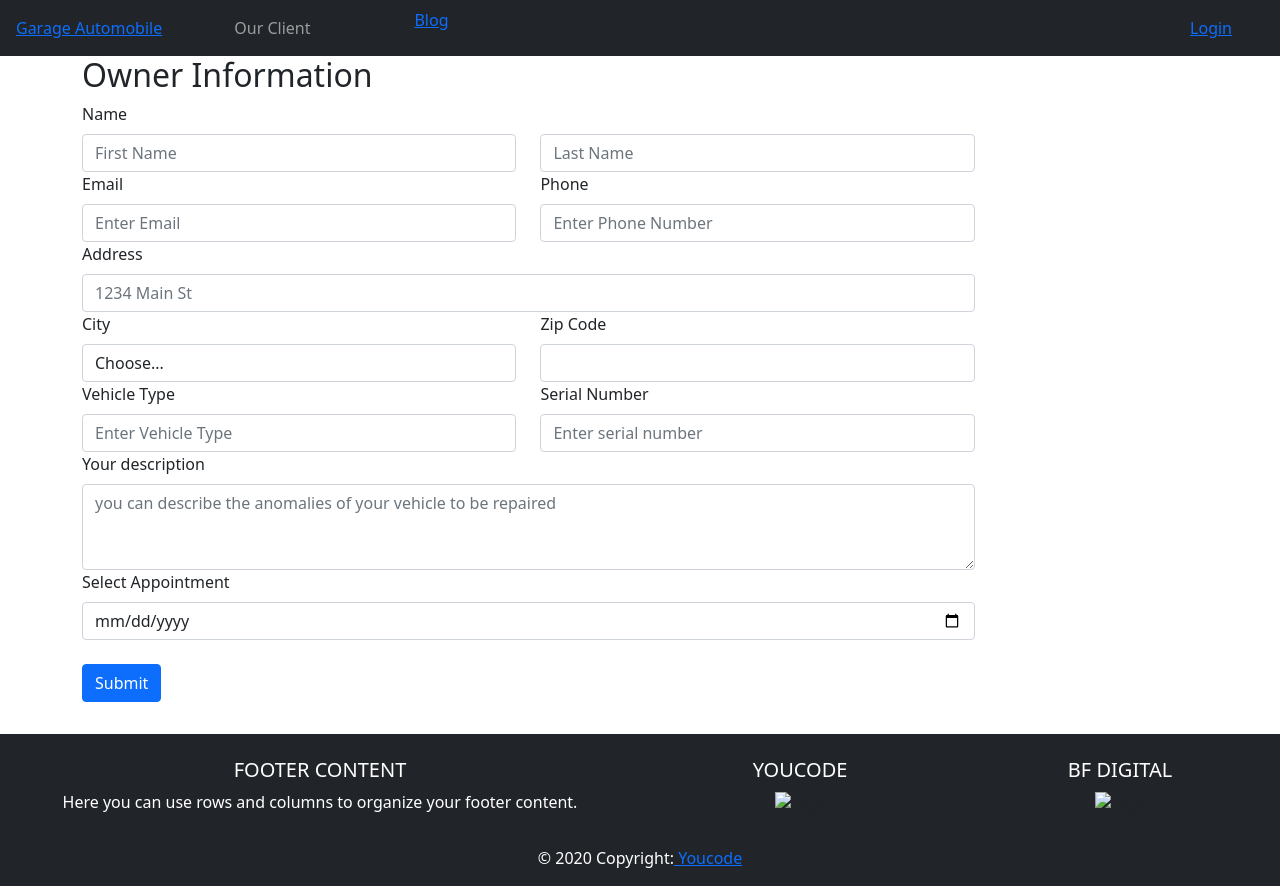
Repository: abdelhak-f/Fil-Rouge
Page: /FormGarage (app in client/)
An editor plug-in stored every save of this project. The page is shown before and after the next save, followed by the edit.
The browser window is 1280 px wide. The pictures show the whole page.
The project was rebuilt for these pictures with package versions that can differ from the ones it lists, and the page was loaded fresh each time. Also part of the build but not shown: client/src/components/Text.jsx, client/src/components/forms/FirstFrontForm.jsx, client/src/components/Body.jsx, client/src/components/Blog.jsx, client/src/components/loged/login/Login.jsx, client/src/components/loged/register/Register.jsx.

Above is the page before, as saved 2021-09-12 13:40:10.

### client/public/index.html
<!DOCTYPE html>
<html lang="en">
  <head>
    <meta charset="utf-8" />
    <link rel="icon" href="%PUBLIC_URL%/favicon.ico" />
    <meta name="viewport" content="width=device-width, initial-scale=1" />
    <meta name="theme-color" content="#000000" />
    <meta
      name="description"
      content="Web site created using create-react-app"
    />
    <!--   import bootstrao  -->
    <link
  rel="stylesheet"
  href="https://cdn.jsdelivr.net/npm/bootstrap@5.1.0/dist/css/bootstrap.min.css"
  integrity="sha384-KyZXEAg3QhqLMpG8r+8fhAXLRk2vvoC2f3B09zVXn8CA5QIVfZOJ3BCsw2P0p/We"
  crossorigin="anonymous"
  />

    <link rel="apple-touch-icon" href="%PUBLIC_URL%/logo192.png" />
    <!--
      manifest.json provides metadata used when your web app is installed on a
      user's mobile device or desktop. See https://developers.google.com/web/fundamentals/web-app-manifest/
    -->
    <link rel="manifest" href="%PUBLIC_URL%/manifest.json" />
    <!--
      Notice the use of %PUBLIC_URL% in the tags above.
      It will be replaced with the URL of the `public` folder during the build.
      Only files inside the `public` folder can be referenced from the HTML.

      Unlike "/favicon.ico" or "favicon.ico", "%PUBLIC_URL%/favicon.ico" will
      work correctly both with client-side routing and a non-root public URL.
      Learn how to configure a non-root public URL by running `npm run build`.
    -->
    <title>React App</title>
  </head>
  <body>
    <noscript>You need to enable JavaScript to run this app.</noscript>
    <div id="root"></div>
    <!--
      This HTML file is a template.
      If you open it directly in the browser, you will see an empty page.

      You can add webfonts, meta tags, or analytics to this file.
      The build step will place the bundled scripts into the <body> tag.

      To begin the development, run `npm start` or `yarn start`.
      To create a production bundle, use `npm run build` or `yarn build`.
    -->
  </body>
</html>

### client/src/index.js
import React from 'react';
import ReactDOM from 'react-dom';
import './index.css';
import App from './App';
import reportWebVitals from './reportWebVitals';

// import bootstrap
import 'bootstrap/dist/css/bootstrap.min.css';

ReactDOM.render(
  <React.StrictMode>
    <App />
  </React.StrictMode>,
  document.getElementById('root')
);

// If you want to start measuring performance in your app, pass a function
// to log results (for example: reportWebVitals(console.log))
// or send to an analytics endpoint. Learn more: https://bit.ly/CRA-vitals
reportWebVitals();

### client/src/App.js
// import './App.css';
import React from 'react';

import Navbar from './components/Nnavbar';
import Body from './components/Body';
import Footer from './components/Footer';
import Blog from './components/Blog';
import FormGarage from './components/forms/FormGarage'
import Login from './components/loged/login/Login';
import Register from './components/loged/register/Register';

import { BrowserRouter as Router, Switch, Route } from 'react-router-dom';






function App() {
  return (


    <>
<Router>

     <Navbar />




    <Switch>
    <Route  path="/" exact component={Body} />
    <Route  path="/Blog" component={Blog} />
    <Route  path="/FormGarage" component={FormGarage} />
    <Route  path="/login" component={Login} />
    <Route  path="/register" component={Register} />
    </Switch>

    <Footer/>
</Router>
    </>

  );
}

export default App;

### client/src/components/Nnavbar.jsx
import React from 'react';
import { NavLink } from 'react-router-dom';

import * as ReactBootstrap from 'react-bootstrap';









function Navbar() {
    return(
      <>

            <ReactBootstrap.Navbar className="mb-5" collapseOnSelect expand="lg" bg="dark" variant="dark" fixed="top">

 <NavLink className="mx-3" to="/">Garage Automobile</NavLink>
 <ReactBootstrap.Navbar.Toggle aria-controls="responsive-navbar-nav" />
 <ReactBootstrap.Navbar.Collapse id="responsive-navbar-nav">
   <ReactBootstrap.Nav className="me-auto">
     <ReactBootstrap.Nav.Link className="mx-5" href="#features">Our Client</ReactBootstrap.Nav.Link>
     <NavLink  className="px-5" to="/blog">Blog</NavLink>
     {/* <ReactBootstrap.NavDropdown title="Dropdown" id="collasible-nav-dropdown">
       <ReactBootstrap.NavDropdown.Item href="#action/3.1">Action</ReactBootstrap.NavDropdown.Item>
       <ReactBootstrap.NavDropdown.Item href="#action/3.2">Another action</ReactBootstrap.NavDropdown.Item>
       <ReactBootstrap.NavDropdown.Item href="#action/3.3">Something</ReactBootstrap.NavDropdown.Item>
       <ReactBootstrap.NavDropdown.Divider />
       <ReactBootstrap.NavDropdown.Item href="#action/3.4">Separated link</ReactBootstrap.NavDropdown.Item>
     </ReactBootstrap.NavDropdown> */}
   </ReactBootstrap.Nav>
   <ReactBootstrap.Nav>
     <NavLink  className="px-5"  to="/login"> Login</NavLink>
     {/* <ReactBootstrap.Nav.Link eventKey={2} href="#memes">
       Admin
     </ReactBootstrap.Nav.Link> */}
   </ReactBootstrap.Nav>
 </ReactBootstrap.Navbar.Collapse>

</ReactBootstrap.Navbar>





</>

    )
}

export default Navbar ;

### client/src/components/Footer.jsx
import React from "react";


function Footer () {
    return(
<footer  className="pt-4 page-footer font-small blue bg-dark ">
    <div className="text-center container-fluid text-md-left ">
        <div className="row">
            <div className="mt-3 text-white col-md-6 mt-md-0">
                <h5 className=" text-uppercase">Footer Content</h5>
                <p >Here you can use rows and columns to organize your footer content.</p>
            </div>

            <hr className="clearfix pb-0 w-100 d-md-none"/>

            <div className="mb-3 col-md-3 mb-md-0">
                <h5 className="text-white text-uppercase">Youcode</h5>
                <img src="" alt="logo" width={300} /></div>

            <div className="mb-3 col-md-3 mb-md-0">
                <h5 className="text-white text-uppercase " >BF Digital</h5>
                <img src="" alt="logo" width={300} />
            </div>
        </div>
    </div>

    <div className="py-3 text-center text-white footer-copyright " >© 2020 Copyright:
        <a href="https://www.youcode.ma/"> Youcode</a>
    </div>

</footer>
)

}

export default Footer

### client/src/components/forms/FormGarage.jsx
import React from 'react'
import {Form, Container,Jumbotron, Button, Row, Col,} from 'react-bootstrap';
import '../css/style.css';

function FormGarage() {
    return (

        <Container className="mt-5 mb-3 form-inline">

            {/* <Col md={{ span: 7, offset: 3 }}> */}
              <Jumbotron>
                <Form className="form-inline">
                  <Form.Group>
                    <h2>Owner Information</h2>
                    <Form.Label>Name</Form.Label>
                    <Row>
                      <Col>
                        <Form.Control placeholder="First Name"></Form.Control>
                        <Form.Control.Feedback type="invalid">
                              Please choose a username.
                        </Form.Control.Feedback>
                      </Col>
                      <Col>
                        <Form.Control placeholder="Last Name"></Form.Control>
                        <Form.Control.Feedback type="invalid">
                                Please choose a username.
                        </Form.Control.Feedback>
                      </Col>
                    </Row>
                  </Form.Group>
                  <Row>
                    <Form.Group as={Col} controlId="formGridEmail">
                      <Form.Label>Email</Form.Label>
                      <Form.Control type="email" placeholder="Enter Email" />
                    </Form.Group>
                    <Form.Group as={Col} controlId="formGridTel">
                      <Form.Label>Phone</Form.Label>
                      <Form.Control
                        type="telephone"
                        placeholder="Enter Phone Number"
                      />
                    </Form.Group>
                  </Row>
                  <Form.Group controlId="formGridAddress1">
                    <Form.Label>Address</Form.Label>
                    <Form.Control placeholder="1234 Main St" />
                  </Form.Group>

                  <Row>

                    <Form.Group as={Col} controlId="formGridState">
                      <Form.Label>City</Form.Label>
                      <Form.Control as="select">
                        <option>Choose...</option>
                        <option>Youssoufia</option>
                        <option>Safi</option>
                        <option>Marrakech</option>
                        <option>Agadir</option>
                        <option>Casablanca</option>
                        <option>Rabat</option>
                      </Form.Control>
                    </Form.Group>
                    <Form.Group as={Col} controlId="formGridCityZip">
                      <Form.Label>Zip Code</Form.Label>
                      <Form.Control />
                    </Form.Group>
                  </Row>
                  <Row>
                    <Form.Group as={Col} controlId="formGridEmail">
                      <Form.Label>Vehicle Type</Form.Label>
                      <Form.Control type="text" placeholder="Enter Vehicle Type" />
                    </Form.Group>
                    <Form.Group as={Col} controlId="formGridTel">
                      <Form.Label>Serial Number</Form.Label>
                      <Form.Control
                        type="number"
                        placeholder="Enter serial number"
                      />
                    </Form.Group>
                  </Row>
                  <Row>
                    <Form.Group className="" controlId="exampleForm.ControlTextarea1">
                      <Form.Label>Your description</Form.Label>
                      <Form.Control as="textarea" rows={3}
                        placeholder="you can describe the anomalies of your vehicle to be repaired"
                      />
                    </Form.Group>
                    <Form.Group as={Col} >
                    <Form.Label>Select Appointment</Form.Label>
                    <Form.Control
                      type="date"
                      // value={date}
                      // onChange={this.setDate}
                    />
                  </Form.Group>
                  {/* <Form.Group as={Col} >
                      <Form.Label>Choose a garagiste</Form.Label>
                      <Form.Control type="text" as="select" >
                       <option>Choose...</option>
                       </Form.Control>

                    </Form.Group> */}
                  </Row>
                  <br />


                  <Button className="mb-3"
                   variant="primary" type="submit">
                     Submit
                 </Button>

                </Form>
              </Jumbotron>
            {/* </Col> */}


        </Container>

    )
}

export default FormGarage

### client/src/components/css/style.css

.Blog {
    margin-top: 5rem;
    margin-bottom: 5rem;
  }
  .Login{
    margin-top: 5rem;
    margin-bottom: 5rem;
    margin-left: 25%;
    margin-right: 25%;
  }

  .form-inline {
      margin-top:  5%;
      width: 80%;
      height: 5%;
  }
  .btn{
      margin-bottom: 23%;
  }

  .owner{
      margin-top: 5rem;
  }

Loaded but not shown: client/src/index.css (common file); client/src/reportWebVitals.js (common file)

After the next save:
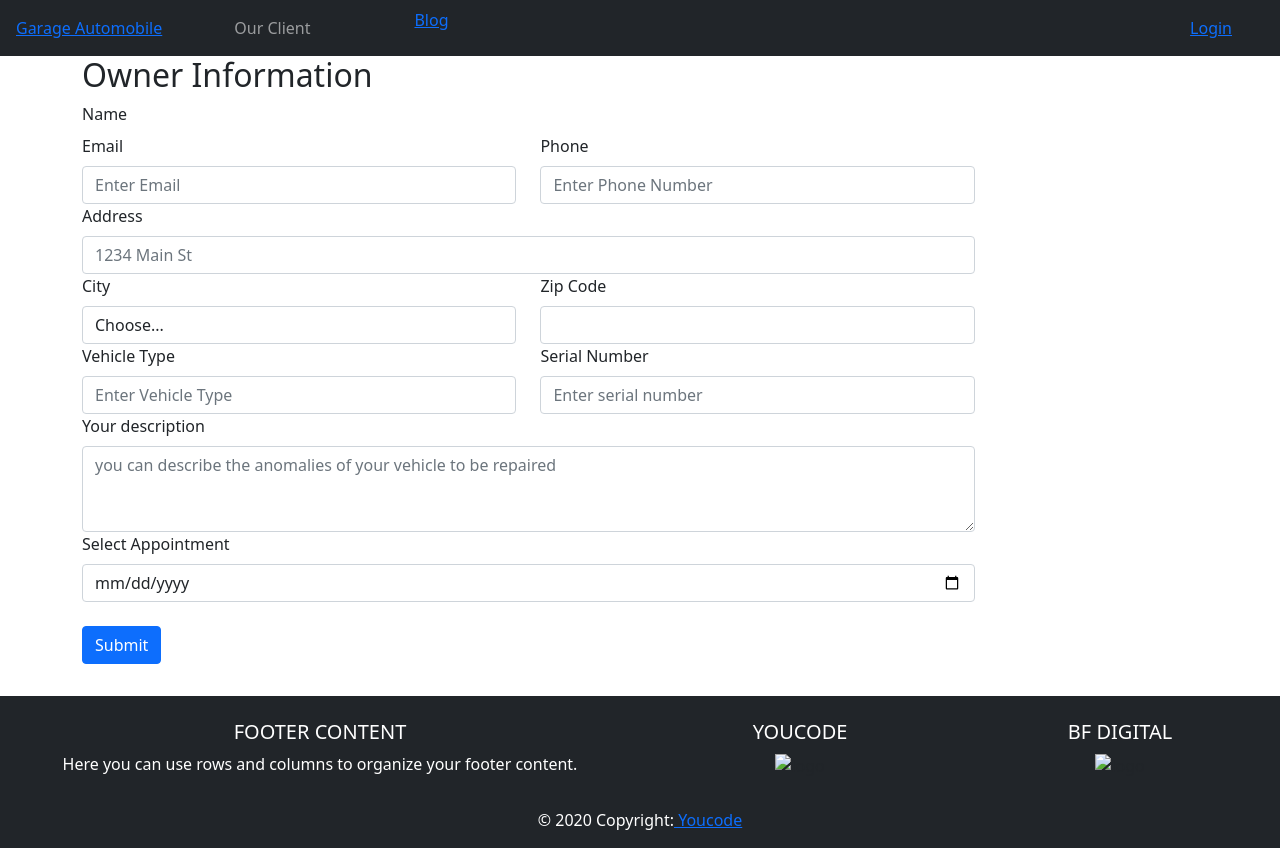
Saved 11 min 56 s later.
--- a/client/src/components/forms/FormGarage.jsx
+++ b/client/src/components/forms/FormGarage.jsx
@@ -13,7 +13,7 @@ function FormGarage() {
                   <Form.Group>
                     <h2>Owner Information</h2>
                     <Form.Label>Name</Form.Label>
-                    <Row>
+                    {/* <Row>
                       <Col>
                         <Form.Control placeholder="First Name"></Form.Control>
                         <Form.Control.Feedback type="invalid">
@@ -26,7 +26,7 @@ function FormGarage() {
                                 Please choose a username.
                         </Form.Control.Feedback>
                       </Col>
-                    </Row>
+                    </Row> */}
                   </Form.Group>
                   <Row>
                     <Form.Group as={Col} controlId="formGridEmail">
